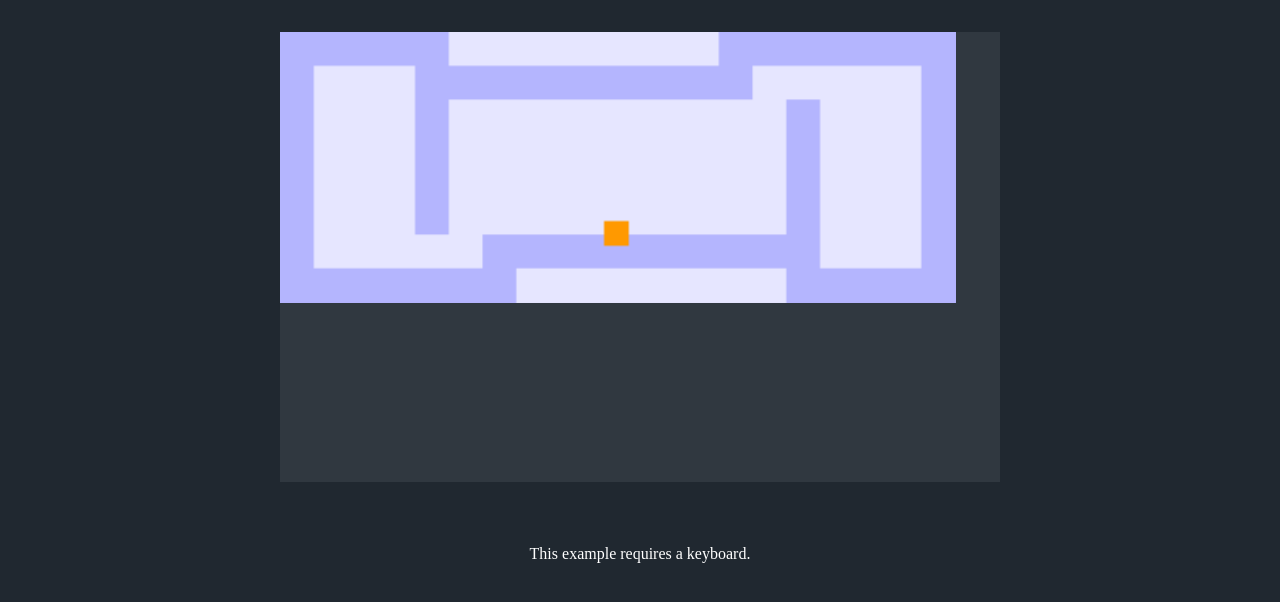
Repository: jh0l/WorldsHardestGame
Page: index.html
An editor plug-in stored every save of this project. The page is shown before and after the next save, followed by the edit.
The browser window is 1280 px wide. The pictures show the whole page.

Above is the page before, as saved 2018-07-19 01:08:23.

### index.html
<html>

<head>

	<meta name="viewport" content="width=device-width">
	<link href="src/index.css" rel="stylesheet" type="text/css">

	<title>PoP Vlog - Top Down Tiles</title>

</head>

<body>

	<canvas></canvas>

	<p>This example requires a keyboard.</p>

	<script src="src/index.js" type="text/javascript"></script>

</body>

</html>

### src/index.css
* {
  box-sizing: border-box;
  margin: 0;
  padding: 0;
}

html {
  height: 100%;
  width: 100%;
}

body {
  align-content: space-around;
  background-color: #202830;
  color: #ffffff;
  display: grid;
  grid-template-columns: auto;
  grid-template-rows: auto auto auto auto;
  height: 100%;
  justify-content: space-around;
  text-align: center;
  width: 100%;
}

canvas {
  background-color: #303840;
  justify-self: center;
}

### src/index.js
(function() {
  "use strict";

  var controller, display, game;

  controller = {
    down: false,
    left: false,
    right: false,
    up: false,

    keyUpDown: function(event) {
      var key_state = event.type == "keydown" ? true : false;

      switch (event.keyCode) {
        case 65:
          controller.left = key_state;
          break; // left key
        case 87:
          controller.up = key_state;
          break; // up key
        case 68:
          controller.right = key_state;
          break; // right key
        case 83:
          controller.down = key_state;
          break; // down key
      }
    }
  };
  const tileValColor = (val, index) => {
    if (val === '0') {
      return (index + game.world.columns % 2 === 0? 1 : 0) % 2 === 0 ? "#e6e6ff": "#fff";
    }
    return "#b4b5fe" ;
  };
  display = {
    buffer: document.createElement("canvas").getContext("2d"),
    context: document.querySelector("canvas").getContext("2d"),
    output: document.querySelector("p"),

    render: function() {
      for (let index = game.world.map.length - 1; index > -1; --index) {
        this.buffer.fillStyle = tileValColor(game.world.map[index], index);
        this.buffer.fillRect(
          (index % game.world.columns) * game.world.tile_size,
          Math.floor(index / game.world.columns) * game.world.tile_size,
          game.world.tile_size,
          game.world.tile_size
        );
      }

      this.buffer.fillStyle = game.player.color;
      this.buffer.fillRect(
        game.player.x,
        game.player.y,
        game.player.width,
        game.player.height
      );

      this.context.drawImage(
        this.buffer.canvas,
        0,
        0,
        this.buffer.canvas.width,
        this.buffer.canvas.height,
        0,
        0,
        this.context.canvas.width,
        this.context.canvas.height
      );
    },

    resize: function(event) {
      var client_height = document.documentElement.clientHeight;

      display.context.canvas.width = document.documentElement.clientWidth - 32;

      if (display.context.canvas.width > client_height) {
        display.context.canvas.width = client_height;
      }

      display.context.canvas.height = Math.floor(
        display.context.canvas.width * 0.625
      );

      display.render();
    }
  };
  const playerSize = 11;
  game = {
    /* This is the player object. Make sure to note that for this collision method
    to work, you must record the current and last positions of your game objects
    to use in collision detection. It is used to calculate the vector used to determine
    if an object is entering into a collision tile and from what side. */
    player: {
      color: "#ff9900",
      height: playerSize,
      old_x: 160, // these are what you should take note of. Don't worry, it's useful
      old_y: 160, // to keep track of old positions for many physics methods. These aren't one trick pony's.
      speed: 3,
      velocity_x: 0,
      velocity_y: 0,
      width: playerSize,
      x: 160 - 16,
      y: 100 - 16,

      // These functions just make it easy to read the collision code
      get bottom() {
        return this.y + this.height;
      },
      get oldBottom() {
        return this.old_y + this.height;
      },
      get left() {
        return this.x;
      }, // kind of pointless, but used
      get oldLeft() {
        return this.old_x;
      }, // to help visualize the collision methods
      get right() {
        return this.x + this.width;
      },
      get oldRight() {
        return this.old_x + this.width;
      },
      get top() {
        return this.y;
      }, // equally pointless as left side calculations
      get oldTop() {
        return this.old_y;
      }
    },

    world: {
      map: []
      // the routing functions below with matching numbers

      // represent these tiles and route their values to
      // the collision methods you might expect based on their names
    },

    /* This object is responsible for getting the collision methods that match
    tile values in the map. It uses what I call routing functions to group reusable
    narrow phase collision methods together to create a variety of different tile
    boundary shapes. You can get the same effect with an array of routing functions rather
    than giving an object's routing functions numeric indexes, if you prefer. It might be faster. */
    collision: {
      // top wall collision tile
      1: function(object, row, column) {
        // The player hits the bottom of ceiling tiles.
        this.bottomCollision(object, row);
      },

      // left wall collision tile
      2: function(object, row, column) {
        this.rightCollision(object, column);
      },

      // right wall collision tile
      3: function(object, row, column) {
        // The player collides with the left side of a wall on the right of the map.
        this.leftCollision(object, column); // Confusing to visualize, but true.
      },

      // bottom wall collision tile
      4: function(object, row, column) {
        this.topCollision(object, row);
      },

      // block tile with four walls
      5: function(object, row, column) {
        /* It makes sense to test the most likely side to be collided with first.
        In a top down game, all sides are hit about the same number of times, depending
        on gameplay, but in a side scroller with downward pulling gravity, the tops of
        tiles will usually get the most traffic, so it makes sense to test the tops
        first in those scenarios. */
        if (this.topCollision(object, row)) {
          return;
        } // Make sure to early out
        if (this.leftCollision(object, column)) {
          return;
        } // if a collision is detected.
        if (this.rightCollision(object, column)) {
          return;
        }
        this.bottomCollision(object, row); // No need to early out on the last check.
      },
      // left and right only
      6: function(object, row, column) {
        if (this.leftCollision(object, column)) {
          return;
        }
        this.rightCollision(object, column);
      },
      // left, right and bottom only
      7: function(object, row, column) {
        if (this.leftCollision(object, column)) {
          return;
        }
        if (this.rightCollision(object, column)) {
          return;
        }
        this.bottomCollision(object, row); // No need to early out on the last check.
      },
      //left right and top only
      8: function(object, row, column) {
        if (this.leftCollision(object, column)) {
          return;
        }
        if (this.rightCollision(object, column)) {
          return;
        }
        this.topCollision(object, row); // No need to early out on the last check.
      },
      //left and top
      9: function(object, row, column) {
        if (this.leftCollision(object, column)) {
          return;
        }
        this.topCollision(object, row); // No need to early out on the last check.
      },
      //bottom and right
      a: function(object, row, column) {
        if (this.rightCollision(object, column)) {
          return;
        }
        this.bottomCollision(object, row); // No need to early out on the last check.
      },

      /* Here are the narrow phase collision detection and response functions.
      For a deeper insight into how these work, and what's going on, I'm using
      leftCollision as an example. The principles I explain here apply to all
      of the other narrow phase collision methods. Note that they're basically
      doing the same thing, just for different flat sides of a tile. */
      leftCollision(object, column) {
        /* To calculate the player's movement vector, I'm no longer using its velocity (like in the last tutorial).
        Instead, I'm going to calculate it based on it's current and last positions.
        the old way was if (object.velocity_x > 0), now it's if (object.x - object.old_x > 0).
        This is a bit more reliable in my opinion, depending on how and when you calculate your velocity. */

        /* If the object is not moving right, how will it ENTER into the left side of a tile?
        If not moving right, the player can't possibly ENTER the left side of a tile.
        We are only concerned with resolving collisions objects ENTER into. If they are spawned
        inside a collision tile, it is not the collision manager's job to resolve that, it is
        the level designer's job to fix the level design so collision can be as efficient as possible. */
        if (object.x - object.old_x > 0) {
          // the left side of the specified tile column
          var left = column * game.world.tile_size;

          /* This tests to see if our object is ENTERING through the collision boundary
          along the correct movement vector. If its current position is past the boundary
          and its old position is before the boundary, we know that it has entered into collision with the tile. */
          if (object.right > left && object.oldRight <= left) {
            object.velocity_x = 0;
            object.x = object.old_x = left - object.width - 0.001;
            /* You really don't need to reset the player's old position here if you are
            setting it at the start of each game loop, but if you are using a fixed time step
            game loop with interpolation, it will make your collisions look more pixel perfect.
            The reason for this is because with interpolation, your player may be drawn slightly
            away from the wall he just collided with on the next frame of animation depending on
            how much time has passed. So, you don't need to do this, but it doesn't hurt. It may
            be a problem if you end up changing old positions for player to player collisions as well,
            however, because old positions are used to calculate vectors for tile collision.
            Just make sure changing old positions are the last thing you do before the next frame,
            and you should be fine. */

            return true;
          }
        }

        return false;
      },

      rightCollision(object, column) {
        if (object.x - object.old_x < 0) {
          // the right side of the specified tile column
          var right = (column + 1) * game.world.tile_size;

          if (object.left < right && object.oldLeft >= right) {
            object.velocity_x = 0;
            object.old_x = object.x = right;

            return true;
          }
        }

        return false;
      },

      bottomCollision(object, row) {
        // if the object is moving up
        if (object.y - object.old_y < 0) {
          var bottom = (row + 1) * game.world.tile_size;

          if (object.top < bottom && object.oldTop >= bottom) {
            object.velocity_y = 0;
            object.old_y = object.y = bottom;
          }
        }
      },

      topCollision(object, row) {
        // if the object is moving down
        if (object.y - object.old_y > 0) {
          // the top side of the specified tile row
          var top = row * game.world.tile_size;

          // if the object has passed through the tile boundary since the last game cycle
          if (object.bottom > top && object.oldBottom <= top) {
            object.velocity_y = 0;
            object.old_y = object.y = top - object.height - 0.01;

            return true;
          }
        }

        return false;
      }
    },

    // The game loop:
    loop: function() {
      // Get controller input and move that player object!
      if (controller.down) {
        game.player.velocity_y += game.player.speed;
      }

      if (controller.up) {
        game.player.velocity_y -= game.player.speed;
      }

      if (controller.left) {
        game.player.velocity_x -= game.player.speed;
      }

      if (controller.right) {
        game.player.velocity_x += game.player.speed;
      }

      // Update the player object:
      game.player.old_x = game.player.x; // Set the old position to the current position
      game.player.old_y = game.player.y; // before we update the current position, thus making it current

      game.player.x += game.player.velocity_x; // Update the current position
      game.player.y += game.player.velocity_y;

      // Do collision detection and response with the boundaries of the screen.
      // if (game.player.x < 0) {
      //   game.player.velocity_x = 0;
      //   game.player.old_x = game.player.x = 0;
      // } else if (
      //   game.player.x + game.player.width >
      //   display.buffer.canvas.width
      // ) {
      //   game.player.velocity_x = 0;
      //   game.player.old_x = game.player.x =
      //     display.buffer.canvas.width - game.player.width - 0.001;
      //   /* I added that - 0.001 to the equation to really push the player object back into
      //   the game world. If the edge of the world is 320 px, and you set the right edge of
      //   the player obect to 320, technically its tile position will be 1 tile to the right of
      //   the edge of the world when calculated. Say there are 10 columns in the map, and each
      //   tile is 32 pixels wide. 320/32 is 10, but since our map index starts at 0, a value of 10
      //   falls outside of the map's number of columns. Failing to handle this can result in
      //   testing collision on tiles in another row, or tiles at undefined positions in the map array.*/
      // }

      if (game.player.y < 0) {
        game.player.velocity_y = 0;
        game.player.old_y = game.player.y = 0;
      } else if (
        game.player.y + game.player.height >
        display.buffer.canvas.height
      ) {
        game.player.velocity_y = 0;
        game.player.old_y = game.player.y =
          display.buffer.canvas.height - game.player.height - 0.001;
      }

      /* Here is where we do broadphase collision detection with the four corners of
      our player object. This is very important. In the last tutorial the player only
      had 1 collision registration point. Collision was simple, then. Now, it's just as
      simple, but we need to do it for each corner of our player object. */

      /* Once again, there's no point of testing collision if we're not moving. depending
      on which direction we are moving we must test different collision registration points
      on our player. For instance, if he is moving left, we test the points on his left side: */
      if (game.player.x - game.player.old_x < 0) {
        // test collision on left side of player if moving left

        /* There are much more efficient ways to write this code without repeating
        variable names and this big monsterous block of if statements, but I thought it
        would be good to have specific variable names and less abstraction so you can
        get an idea of what's going on. */
        var left_column = Math.floor(game.player.left / game.world.tile_size);
        var bottom_row = Math.floor(game.player.bottom / game.world.tile_size);
        var value_at_index =
          game.world.map[bottom_row * game.world.columns + left_column];

        if (value_at_index != 0) {
          // Check the bottom left point

          game.collision[value_at_index](game.player, bottom_row, left_column);
          display.output.innerHTML =
            "last tile collided with: " + value_at_index;
        }

        var top_row = Math.floor(game.player.top / game.world.tile_size);
        value_at_index =
          game.world.map[top_row * game.world.columns + left_column];

        if (value_at_index != 0) {
          // Check the top left point

          game.collision[value_at_index](game.player, top_row, left_column);
          display.output.innerHTML =
            "last tile collided with: " + value_at_index;
        }
      } else if (game.player.x - game.player.old_x > 0) {
        // Is the player moving right?

        var right_column = Math.floor(game.player.right / game.world.tile_size);
        var bottom_row = Math.floor(game.player.bottom / game.world.tile_size);
        var value_at_index =
          game.world.map[bottom_row * game.world.columns + right_column];

        if (value_at_index != 0) {
          // Check the bottom right point

          game.collision[value_at_index](game.player, bottom_row, right_column);
          display.output.innerHTML =
            "last tile collided with: " + value_at_index;
        }

        var top_row = Math.floor(game.player.top / game.world.tile_size);
        value_at_index =
          game.world.map[top_row * game.world.columns + right_column];

        if (value_at_index != 0) {
          // Check the top right point

          game.collision[value_at_index](game.player, top_row, right_column);
          display.output.innerHTML =
            "last tile collided with: " + value_at_index;
        }
      }

      if (game.player.y - game.player.old_y < 0) {
        var left_column = Math.floor(game.player.left / game.world.tile_size);
        var top_row = Math.floor(game.player.top / game.world.tile_size);
        var value_at_index =
          game.world.map[top_row * game.world.columns + left_column];

        if (value_at_index != 0) {
          // Check the top left point

          game.collision[value_at_index](game.player, top_row, left_column);
          display.output.innerHTML =
            "last tile collided with: " + value_at_index;
        }

        var right_column = Math.floor(game.player.right / game.world.tile_size);
        value_at_index =
          game.world.map[top_row * game.world.columns + right_column];

        if (value_at_index != 0) {
          // Check the top right point

          game.collision[value_at_index](game.player, top_row, right_column);
          display.output.innerHTML =
            "last tile collided with: " + value_at_index;
        }
      } else if (game.player.y - game.player.old_y > 0) {
        var left_column = Math.floor(game.player.left / game.world.tile_size);
        var bottom_row = Math.floor(game.player.bottom / game.world.tile_size);
        var value_at_index =
          game.world.map[bottom_row * game.world.columns + left_column];

        if (value_at_index != 0) {
          // Check the bottom left point

          game.collision[value_at_index](game.player, bottom_row, left_column);
          display.output.innerHTML =
            "last tile collided with: " + value_at_index;
        }

        var right_column = Math.floor(game.player.right / game.world.tile_size);
        value_at_index =
          game.world.map[bottom_row * game.world.columns + right_column];

        if (value_at_index != 0) {
          // Check the bottom right point

          game.collision[value_at_index](game.player, bottom_row, right_column);
          display.output.innerHTML =
            "last tile collided with: " + value_at_index;
        }
      }

      game.player.velocity_x = 0;
      game.player.velocity_y = 0;

      display.render();

      window.requestAnimationFrame(game.loop);
    }
  };

  display.buffer.canvas.height = 200;
  display.buffer.canvas.width = 320;

  window.addEventListener("resize", display.resize);
  window.addEventListener("keydown", controller.keyUpDown);
  window.addEventListener("keyup", controller.keyUpDown);

  display.resize();
  // 1s are ceiling tiles
  // 2s and 3s are right and left wall tiles
  // 5 is a solid block/box tile
  // 4 is a floor tile
  const mapStr = `
11111000000001111111
2000311111111a000003
20006000000000080003
20006000000000060003
20006000000000060003
20007000000000060003
20000094444444420003
14444410000000014441
`;
  const map = mapStr
    .slice(1, -1)
    .replace(/\n/g, "")
    .split("");
  game.world = Object.assign(game.world, {
    columns: mapStr.split("\n")[1].length,
    rows: 5,
    tile_size: 15,
    map
  });
  game.loop();
})();

After the next save:
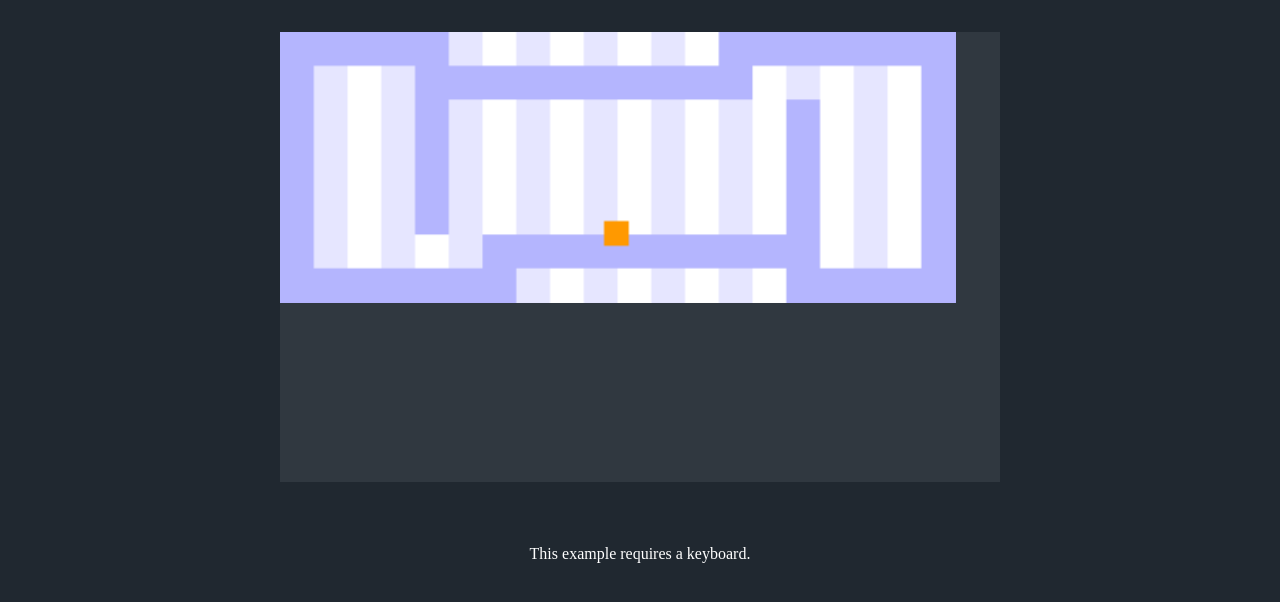
Saved 13 s later.
--- a/src/index.js
+++ b/src/index.js
@@ -30,7 +30,7 @@
   };
   const tileValColor = (val, index) => {
     if (val === '0') {
-      return (index + game.world.columns % 2 === 0? 1 : 0) % 2 === 0 ? "#e6e6ff": "#fff";
+      return (index + (game.world.columns % 2 === 0? 1 : 0)) % 2 === 0 ? "#e6e6ff": "#fff";
     }
     return "#b4b5fe" ;
   };
